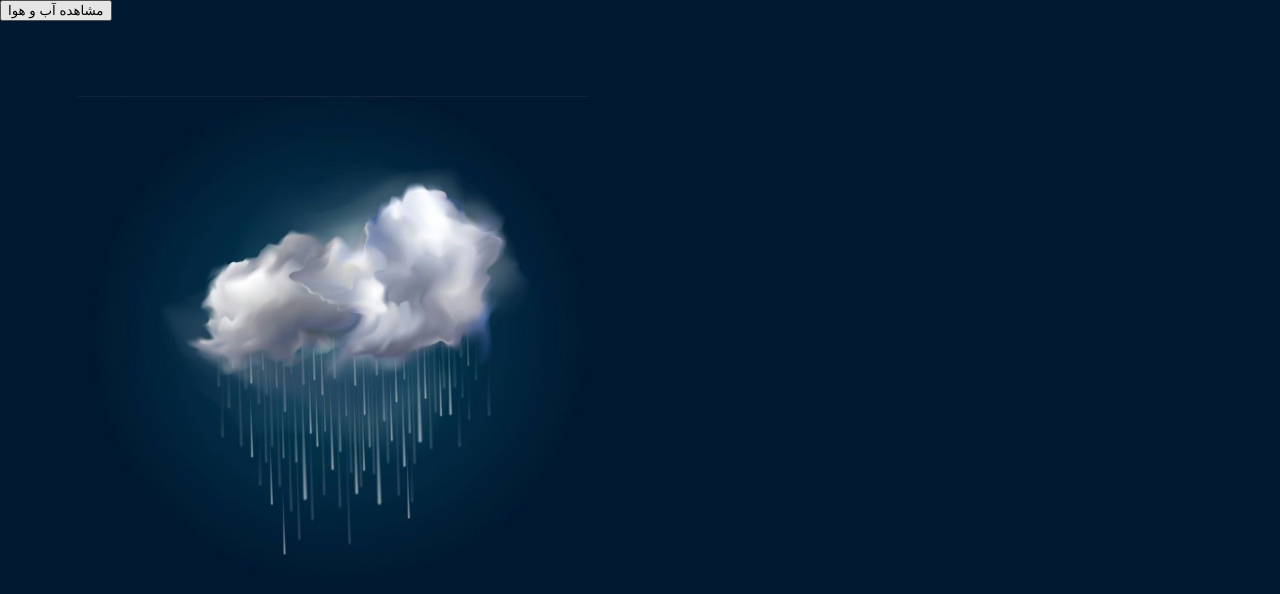
Repository: fateme81yosefi/weather
Page: landing/Landing.html
An editor plug-in stored every save of this project. The page is shown before and after the next save, followed by the edit.
The browser window is 1280 px wide. The pictures show the whole page.

Above is the page before, as saved 2025-02-02 16:43:32.

### landing/Landing.html
<!doctype html>
<html lang="en">
	<head>
		<meta charset="utf-8">
		<meta name="viewport" content="width=device-width,initial-scale=1">
        <link rel="stylesheet" href="./style/landing.css">

		<title>هواشناسی</title>
	</head>
	<body>
        <div class="container-landing">
            <button class="go-to-weather">مشاهده آب و هوا</button>
        </div>


		<script src="./js/landing.js"></script>
	</body>

</html>

### landing/style/landing.css
body {
  margin: 0 !important;
  padding: 0;
  overflow: hidden;
  background-color: #001830;
}
.container-landing {
  background-image: url("../images/bg.jpg");
  background-position: center;
  background-size: 100%;
  background-repeat: no-repeat;
  height: 100vh;
  margin: 0;
  padding: 0;
}

.go-to-weather {
  position: absolute;
}

@media screen and (min-width: 1200px) {
  .container-landing {
    background-position: left;
    background-size: 40%;
    background-position: 10%;
  }
}

Loaded but not shown: landing/js/landing.js (no stored copy; drawn as an empty file)

After the next save:
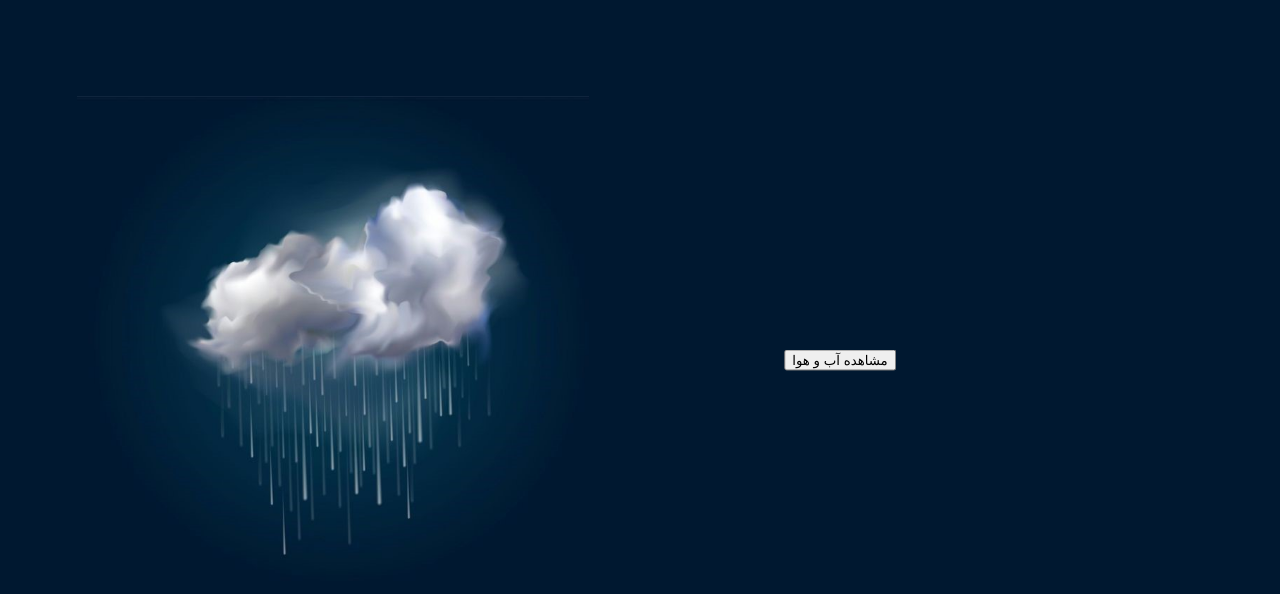
Saved 48 s later.
--- a/landing/style/landing.css
+++ b/landing/style/landing.css
@@ -16,6 +16,10 @@
 
 .go-to-weather {
   position: absolute;
+  position: absolute;
+  top: 50%; /* قرار دادن دکمه در مرکز عمودی */
+  left: 50%; /* قرار دادن دکمه در مرکز افقی */
+  transform: translate(-50%, -50%) translateX(200px); /* حرکت دکمه به سمت راست 200px */
 }
 
 @media screen and (min-width: 1200px) {

After the 2 saves that followed:
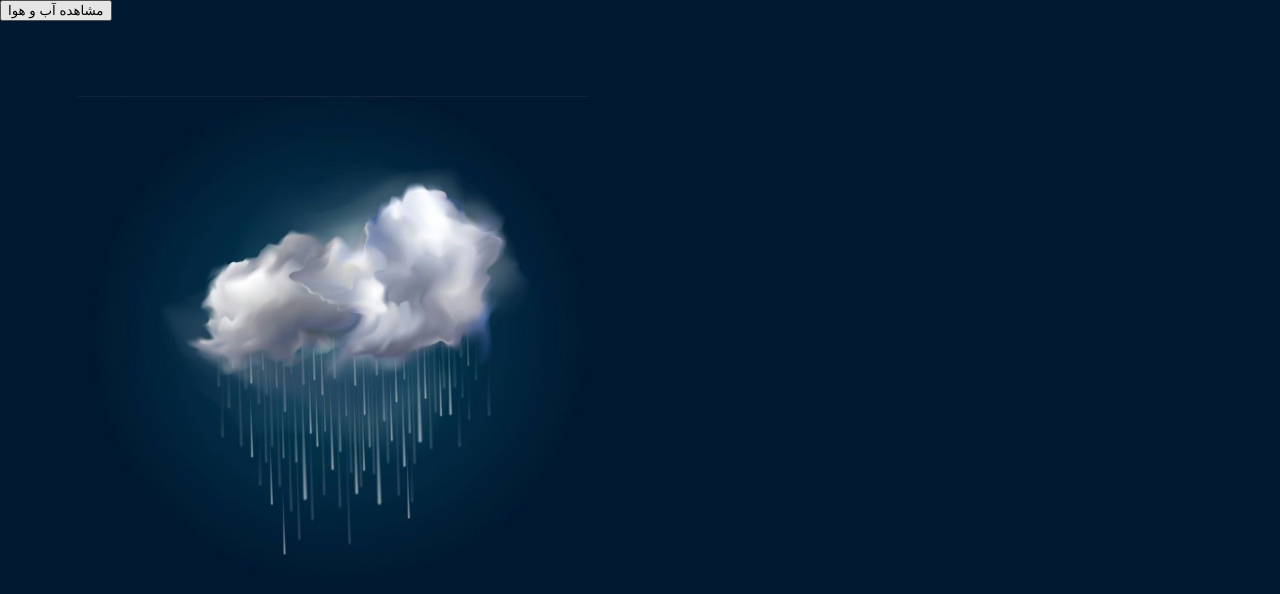
The 2 saves are shown as one change because 1 left the picture as it was.
The last was saved 21 s later.
--- a/landing/style/landing.css
+++ b/landing/style/landing.css
@@ -14,8 +14,7 @@
   padding: 0;
 }
 
-.go-to-weather {
-  position: absolute;
+.con {
   position: absolute;
   top: 50%; /* قرار دادن دکمه در مرکز عمودی */
   left: 50%; /* قرار دادن دکمه در مرکز افقی */
